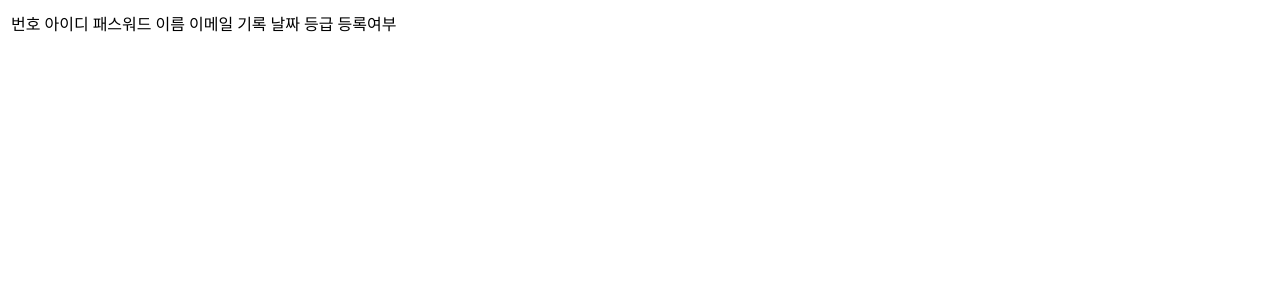
Repository: JungYOsup/Mini_project
Page: http://localhost/EsCape_Room/board_form.jsp
An editor plug-in stored every save of this project. The page is shown before and after the next save, followed by the edit.
The browser window is 1280 px wide. The pictures show the whole page.
The page is served by Tomcat 9. Other server files are loaded and not shown.

Above is the page before, as saved 2018-01-15 09:16:55.

### EsCape_Room/WebContent/board_form.jsp
<!--- 페이지 디렉티브<%--  <%@page %> --%> : JSP페이지에 대한 설정 정보를 지정 -->
<!--인코딩은 UTF-8이고 , html이다.  -->
<!--이렇게 3가지를 구성해줘야지 한글이 안깨짐  -->
<%@ page language="java" contentType="text/html; charset=UTF-8" %>
<%request.setCharacterEncoding("utf-8"); %>
<%response.setContentType("text/html; charset=UTF-8"); %>

<!-- <!DOCTYPE html PUBLIC "-//W3C//DTD HTML 4.01 Transitional//EN" "http://www.w3.org/TR/html4/loose.dtd"> HTML4버전     -->
<!DOCTYPE html> <!--HTML5로 버전을 지정해줌 -->

<html>
<head>
<meta http-equiv="Content-Type" content="text/html; charset=UTF-8">
<title>Insert title here</title>
</head>
<body>
<table>

	<tr>
		<td>번호</td>
		<td>아이디</td>
		<td>패스워드</td>
		<td>이름</td>
		<td>이메일</td>
		<td>기록</td>
		<td>날짜</td>
		<td>등급</td>
		<td>등록여부</td>
	</tr>


</table>
</body>
</html>

After the next save:
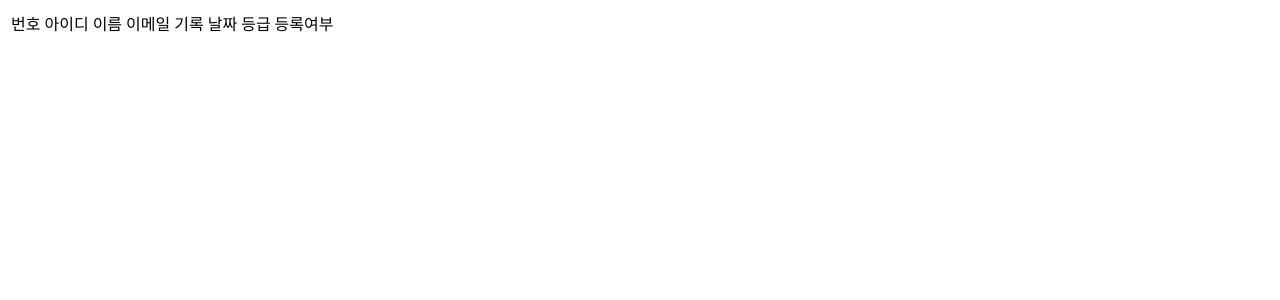
Saved 27 s later.
--- a/EsCape_Room/WebContent/board_form.jsp
+++ b/EsCape_Room/WebContent/board_form.jsp
@@ -19,7 +19,6 @@
 	<tr>
 		<td>번호</td>
 		<td>아이디</td>
-		<td>패스워드</td>
 		<td>이름</td>
 		<td>이메일</td>
 		<td>기록</td>
